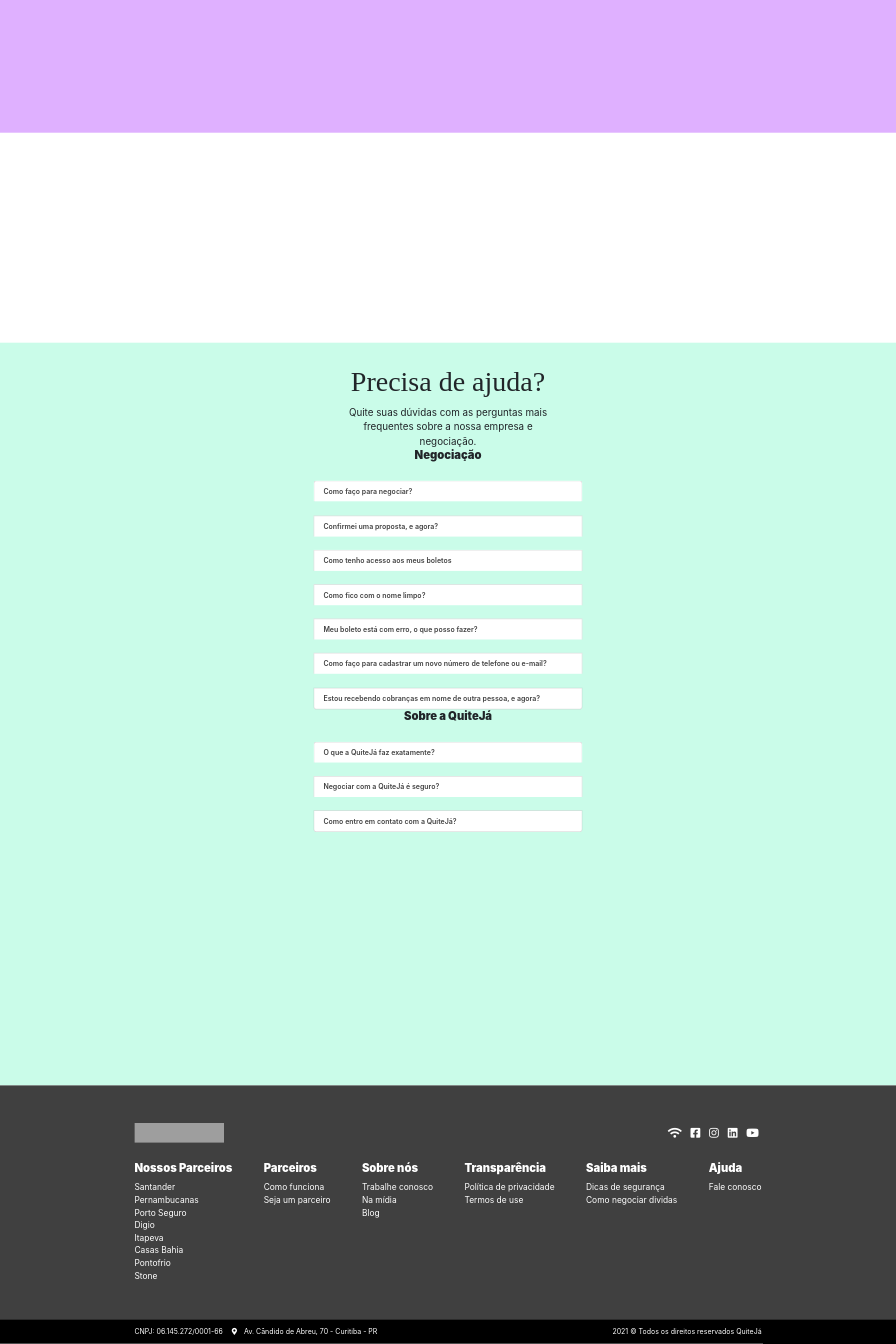
Repository: dasilvaoscar/estudos
Page: Layouts/index.html
The author's editor kept a copy of each file at every save. The page is drawn from the files as they stood at one save, then again after the next save.
The browser window is 1280 px wide. The pictures show the part of the page from y = 3191 to 5111 px (the page is 5111 px tall), at 70% of full size.
Pictures or frames that could not be fetched are drawn as grey boxes. Some web fonts or font styles are not loaded; a fallback is used.

Above is the page before, as saved 2021-01-29 13:00:31.

### Layouts/index.html
<!doctype html>
<html lang="pt-BR">

<head>
    <title>QuiteJá</title>
    <!-- Required meta tags -->
    <meta charset="utf-8">
    <meta name="viewport" content="width=device-width, initial-scale=1, shrink-to-fit=no">
    <meta http-equiv="X-UA-Compatible" content="ie=edge" />
    <link rel="preconnect" href="https://fonts.gstatic.com">
    <link href="https://fonts.googleapis.com/css2?family=Fredoka+One&display=swap" rel="stylesheet">

    <!-- Bootstrap CSS -->
    <link rel="shortcut icon" href="./assets/img/favicon.png" type="image/x-icon">
    <link href="./assets/css/normalize.css" rel="stylesheet" />
    <link href="./assets/css/reset.css" rel="stylesheet" />
    <link rel="stylesheet" href="https://stackpath.bootstrapcdn.com/bootstrap/4.3.1/css/bootstrap.min.css"
        integrity="sha384-ggOyR0iXCbMQv3Xipma34MD+dH/1fQ784/j6cY/iJTQUOhcWr7x9JvoRxT2MZw1T" crossorigin="anonymous">
    <link href="./assets/css/style.css" rel="stylesheet" />
</head>

<body>
    <section class="warning">
        <p class="warning-text">
            <span>Aviso: </span>Não realizamos nenhuma negociação por WhatsApp ou Facebook.
            Negociamos somente aqui no nosso site
            <a class="close-link">
                <i class="fas fa-times"></i>
            </a>
        </p>
    </section>
    <header>
        <figure>
            <img src="./assets/img/logo-quiteja.png" alt="Logo QuiteJá" title="Logo QuiteJá">
        </figure>
        <nav>
            <ul class="nav-bar-links">
                <li>
                    <a href="#">Home</a>
                </li>
                <li>
                    <a href="#">Sobre nós</a>
                </li>
                <li>
                    <a href="#">Parceiros
                        <i class="fas fa-angle-down menu-icons"></i>
                    </a>
                </li>
                <li>
                    <a href="#">Blog</a>
                </li>
                <li>
                    <a href="#">Saiba Mais
                        <i class="fas fa-angle-down menu-icons"></i>
                    </a>
                </li>
                <li>
                    <a href="#">Ajuda</a>
                </li>
                <li>
                    <a class="btn btn-primary btn-billet" href="#" role="button">Meus boletos</a>
                </li>
                <li>
                    <a href=""><i class="fa fa-search" aria-hidden="true"></i></a>
                </li>
            </ul>
        </nav>
    </header>
    <article>
        <section class="negotiate-your-debts"></section>
        <section class="clean-your-name"></section>
        <section class="partners"></section>
        <section class="how-we-do-it-differently"></section>
        <section class="help-a-millions"></section>
        <section class="our-clients"></section>
        <section class="help">
            <div class="help-content">
                <h1>Precisa de ajuda?</h1>
                <p>
                    Quite suas dúvidas com as perguntas mais
                    frequentes sobre a nossa empresa e negociação.
                </p>
            </div>
            <h6>Negociação</h6>
            <div class="accordion" id="accordionExample">
                <div class="card card-help">
                    <div id="headingOne">
                        <h2 class="mb-0">
                            <button class="btn btn-link btn-block text-left btn-help" type="button"
                                data-toggle="collapse" data-target="#collapseOne" aria-expanded="false"
                                aria-controls="collapseOne">
                                Como faço para negociar?
                            </button>
                        </h2>
                    </div>

                    <div id="collapseOne" class="collapse" aria-labelledby="headingOne" data-parent="#accordionExample">
                        <div class="card-body">
                            Some placeholder content for the first accordion panel. This panel is shown by default,
                            thanks to the <code>.show</code> class.
                        </div>
                    </div>
                </div>
                <div class="card card-help">
                    <div id="headingTwo">
                        <h2 class="mb-0">
                            <button class="btn btn-link btn-block text-left collapsed btn-help" type="button"
                                data-toggle="collapse" data-target="#collapseTwo" aria-expanded="false"
                                aria-controls="collapseTwo">
                                Confirmei uma proposta, e agora?
                            </button>
                        </h2>
                    </div>
                    <div id="collapseTwo" class="collapse" aria-labelledby="headingTwo" data-parent="#accordionExample">
                        <div class="card-body">

                        </div>
                    </div>
                </div>
                <div class="card card-help">
                    <div id="headingThree">
                        <h2 class="mb-0">
                            <button class="btn btn-link btn-block text-left collapsed btn-help" type="button"
                                data-toggle="collapse" data-target="#collapseThree" aria-expanded="false"
                                aria-controls="collapseThree">
                                Como tenho acesso aos meus boletos
                            </button>
                        </h2>
                    </div>
                    <div id="collapseThree" class="collapse" aria-labelledby="headingThree"
                        data-parent="#accordionExample">
                        <div class="card-body">
                            And lastly, the placeholder content for the third and final accordion panel. This panel
                            is hidden by default.
                        </div>
                    </div>
                </div>
                <div class="card card-help">
                    <div id="headingFour">
                        <h2 class="mb-0">
                            <button class="btn btn-link btn-block text-left collapsed btn-help" type="button"
                                data-toggle="collapse" data-target="#collapseFour" aria-expanded="false"
                                aria-controls="collapseFour">
                                Como fico com o nome limpo?
                            </button>
                        </h2>
                    </div>
                    <div id="collapseFour" class="collapse" aria-labelledby="headingFour"
                        data-parent="#accordionExample">
                        <div class="card-body">
                            And lastly, the placeholder content for the third and final accordion panel. This panel
                            is hidden by default.
                        </div>
                    </div>
                </div>
                <div class="card card-help">
                    <div id="headingFive">
                        <h2 class="mb-0">
                            <button class="btn btn-link btn-block text-left collapsed btn-help" type="button"
                                data-toggle="collapse" data-target="#collapseFive" aria-expanded="false"
                                aria-controls="collapseFive">
                                Meu boleto está com erro, o que posso fazer?
                            </button>
                        </h2>
                    </div>
                    <div id="collapseFive" class="collapse" aria-labelledby="headingFive"
                        data-parent="#accordionExample">
                        <div class="card-body">
                            And lastly, the placeholder content for the third and final accordion panel. This panel
                            is hidden by default.
                        </div>
                    </div>
                </div>
                <div class="card card-help">
                    <div id="headingSix">
                        <h2 class="mb-0">
                            <button class="btn btn-link btn-block text-left collapsed btn-help" type="button"
                                data-toggle="collapse" data-target="#collapseSix" aria-expanded="false"
                                aria-controls="collapseSix">
                                Como faço para cadastrar um novo número de telefone ou e-mail?
                            </button>
                        </h2>
                    </div>
                    <div id="collapseSix" class="collapse" aria-labelledby="headingSix" data-parent="#accordionExample">
                        <div class="card-body">
                            And lastly, the placeholder content for the third and final accordion panel. This panel
                            is hidden by default.
                        </div>
                    </div>
                </div>
                <div class="card card-help">
                    <div id="headingSeven">
                        <h2 class="mb-0">
                            <button class="btn btn-link btn-block text-left collapsed btn-help" type="button"
                                data-toggle="collapse" data-target="#collapseSeven" aria-expanded="false"
                                aria-controls="collapseSeven">
                                Estou recebendo cobranças em nome de outra pessoa, e agora?
                            </button>
                        </h2>
                    </div>
                    <div id="collapseSeven" class="collapse" aria-labelledby="headingSeven"
                        data-parent="#accordionExample">
                        <div class="card-body">
                            And lastly, the placeholder content for the third and final accordion panel. This panel
                            is hidden by default.
                        </div>
                    </div>
                </div>
            </div>

            <h6>Sobre a QuiteJá</h6>
            <div class="accordion" id="accordionExample">
                <div class="card card-help">
                    <div id="headingEight">
                        <h2 class="mb-0">
                            <button class="btn btn-link btn-block text-left btn-help" type="button"
                                data-toggle="collapse" data-target="#collapseEight" aria-expanded="false"
                                aria-controls="collapseEight">
                                O que a QuiteJá faz exatamente?
                            </button>
                        </h2>
                    </div>

                    <div id="collapseEight" class="collapse" aria-labelledby="headingEight"
                        data-parent="#accordionExample">
                        <div class="card-body">
                            Some placeholder content for the first accordion panel. This panel is shown by default,
                            thanks to the <code>.show</code> class.
                        </div>
                    </div>
                </div>
                <div class="card card-help">
                    <div id="headingNine">
                        <h2 class="mb-0">
                            <button class="btn btn-link btn-block text-left collapsed btn-help" type="button"
                                data-toggle="collapse" data-target="#collapseNine" aria-expanded="false"
                                aria-controls="collapseNine">
                                Negociar com a QuiteJá é seguro?
                            </button>
                        </h2>
                    </div>
                    <div id="collapseNine" class="collapse" aria-labelledby="headingNine"
                        data-parent="#accordionExample">
                        <div class="card-body">
                            Some placeholder content for the second accordion panel. This panel is hidden by
                            default.
                        </div>
                    </div>
                </div>
                <div class="card card-help">
                    <div id="headingTen">
                        <h2 class="mb-0">
                            <button class="btn btn-link btn-block text-left collapsed btn-help" type="button"
                                data-toggle="collapse" data-target="#collapseTen" aria-expanded="false"
                                aria-controls="collapseTen">
                                Como entro em contato com a QuiteJá?
                            </button>
                        </h2>
                    </div>
                    <div id="collapseTen" class="collapse" aria-labelledby="headingTen" data-parent="#accordionExample">
                        <div class="card-body">
                            And lastly, the placeholder content for the third and final accordion panel. This panel
                            is hidden by default.
                        </div>
                    </div>
                </div>
            </div>
        </section>
    </article>
    <footer>
        <div class="big-footer">
            <div class="big-footer-content">
                <section class="social">
                    <figure class="logo-footer">
                        <img src="./assets/img/footer-logo.png" alt="">
                    </figure>
                    <div class="social-icons">
                        <i class="fas fa-wifi" aria-hidden="true"></i>
                        <i class="fab fa-facebook-square" aria-hidden="true"></i>
                        <i class="fab fa-instagram" aria-hidden="true"></i>
                        <i class="fab fa-linkedin" aria-hidden="true"></i>
                        <i class="fab fa-youtube" aria-hidden="true"></i>
                    </div>
                </section>
                <section class="footer-links">
                    <div class="footer-links-subtitle">
                        <h6>Nossos Parceiros</h6>
                        <a href="#">Santander</a>
                        <a href="#">Pernambucanas</a>
                        <a href="#">Porto Seguro</a>
                        <a href="#">Digio</a>
                        <a href="#">Itapeva</a>
                        <a href="#">Casas Bahia</a>
                        <a href="#">Pontofrio</a>
                        <a href="#">Stone</a>
                    </div>
                    <div class="footer-links-subtitle">
                        <h6>Parceiros</h6>
                        <a href="#">Como funciona</a>
                        <a href="#">Seja um parceiro</a>
                    </div>
                    <div class="footer-links-subtitle">
                        <h6>Sobre nós</h6>
                        <a href="#">Trabalhe conosco</a>
                        <a href="#">Na mídia</a>
                        <a href="#">Blog</a>
                    </div>
                    <div class="footer-links-subtitle">
                        <h6>Transparência</h6>
                        <a href="#">Política de privacidade</a>
                        <a href="#">Termos de use</a>
                    </div>
                    <div class="footer-links-subtitle">
                        <h6>Saiba mais</h6>
                        <a href="#">Dicas de segurança</a>
                        <a href="#">Como negociar dividas</a>
                    </div>
                    <div class="footer-links-subtitle">
                        <h6>Ajuda</h6>
                        <a href="#">Fale conosco</a>
                    </div>
                </section>
            </div>
        </div>
        <div class="little-footer">
            <div class="little-footer-content">
                <section class="information">
                    <p>CNPJ: 06.145.272/0001-66
                        <i class="fas fa-map-marker-alt footer-icons"></i>Av. Cândido de Abreu, 70 - Curitiba - PR
                    </p>
                </section>
                <section class="copyrights">
                    <p>2021 &copy Todos os direitos reservados QuiteJá</p>
                </section>
            </div>
        </div>
    </footer>

    <!-- Optional JavaScript -->
    <!-- jQuery first, then Popper.js, then Bootstrap JS -->
    <link rel="stylesheet" href="https://cdnjs.cloudflare.com/ajax/libs/font-awesome/5.15.2/css/all.min.css"
        integrity="sha512-HK5fgLBL+xu6dm/Ii3z4xhlSUyZgTT9tuc/hSrtw6uzJOvgRr2a9jyxxT1ely+B+xFAmJKVSTbpM/CuL7qxO8w=="
        crossorigin="anonymous" />
    <script src="https://code.jquery.com/jquery-3.3.1.slim.min.js"
        integrity="sha384-q8i/X+965DzO0rT7abK41JStQIAqVgRVzpbzo5smXKp4YfRvH+8abtTE1Pi6jizo" crossorigin="anonymous">
    </script>
    <script src="https://cdnjs.cloudflare.com/ajax/libs/popper.js/1.14.7/umd/popper.min.js"
        integrity="sha384-UO2eT0CpHqdSJQ6hJty5KVphtPhzWj9WO1clHTMGa3JDZwrnQq4sF86dIHNDz0W1" crossorigin="anonymous">
    </script>
    <script src="https://stackpath.bootstrapcdn.com/bootstrap/4.3.1/js/bootstrap.min.js"
        integrity="sha384-JjSmVgyd0p3pXB1rRibZUAYoIIy6OrQ6VrjIEaFf/nJGzIxFDsf4x0xIM+B07jRM" crossorigin="anonymous">
    </script>
</body>

</html>

### Layouts/assets/css/style.css
/* RESET BOOTSTRAP */
p {
  display: block;
  margin-block-start: 0em;
  margin-block-end: 0em;
  margin-inline-start: 0px;
  margin-inline-end: 0px;
}

a {
  color: black;
}

li {
  list-style-type: none
}

figure {
  display: block;
  margin-block-start: 0em;
  margin-block-end: 0em;
  margin-inline-start: 0px;
  margin-inline-end: 0px;
}

ul {
  margin-block-start: 0em;
  margin-block-end: 0em;
  margin-inline-start: 0px;
  margin-inline-end: 0px;
  padding-inline-start: 0px;
}

/* New Style */

header {
  display: flex;
  align-items: center;
  justify-content: space-around;
  height: 81px;
}

header img {
  width: 154px;
  height: 70px;
}

section.warning {
  display: flex;
  justify-content: space-around;
  align-items: center;
  background-color: #00E58D;
  width: 100%;
  height: 40px;
}

p.warning-text span {
  font-size: 12px;
  font-style: normal;
  font-weight: 700;
  line-height: 15px;
  letter-spacing: 0em;
  text-align: center;
}

p.warning-text {
  font-size: 12px;
  font-style: normal;
  font-weight: 500;
  line-height: 15px;
  letter-spacing: 0em;
  text-align: center;
}

ul.nav-bar-links {
  display: flex;
  justify-content: space-between;
  align-items: center;
  font-style: normal;
  font-size: 14px;
}

ul.nav-bar-links li a {
  text-decoration: none !important;
  margin-left: 25px;
  color: black;
}

a.close-link {
  margin-left: 10px;
  cursor: pointer;
}

ul.nav-bar-links li:last-child {
  margin-left: 30px;
}

.menu-icons {
  margin-left: 5px;
}

.footer-icons {
  margin: auto 10px auto 10px;
}


.btn-billet {
  width: 100%;
  background: #A9E4EB;
  border: none;
  font-size: 14px;
  font-weight: 800;
  padding: 13px;
  border-radius: 10px;
  box-shadow: 0px 1px 2px rgba(0, 0, 0, 0.25);
}

.negotiate-your-debts {
  background-color: #CAFCE9;
  height: 700px;
}

.clean-your-name {
  height: 300px;
}

.partners {
  background-color: #F5F5F5;
  height: 658px;
}

.how-we-do-it-differently {
  background-color: #CAFCE9;
  height: 911px;
}

.help-a-millions {
  background-color: #DFB0FF;
  height: 691px;
}

.our-clients {
  height: 300px;
}

.social {
  display: flex;
  align-items: center;
  justify-content: space-between;
  width: 100%;
  margin-bottom: 3%;
}

.social-icons {
  letter-spacing: 4px;
}

.big-footer {
  background-color: #404040;
  height: 334px;
  color: white;
  display: flex;
  align-items: center;
  justify-content: space-around;
  flex-direction: column;
}

.little-footer {
  background-color: #000000;
  height: 35px;
  display: flex;
  align-items: center;
  color: white;
  justify-content: center;
  font-size: 10px;
}

.logo-footer img {
  width: 128px;
  height: 29px;
}

.footer-links {
  display: flex;
  width: 100%;
  display: flex;
  justify-content: space-between;
}

.footer-links-subtitle {
  display: flex;
  flex-direction: column;
}

.footer-links-subtitle a {
  color: white;
  text-decoration: none;
  font-size: 12px;
}

.footer-links-subtitle a:hover {
  color: rgb(12, 118, 179);
  text-decoration: none;
  font-size: 12px;
}

.footer-links-subtitle h6 {
  font-weight: 900;
}

.big-footer-content {
  width: 70%;
}

.little-footer-content {
  width: 70%;
  display: flex;
  justify-content: space-between;
  align-items: center;
}

.help {
  background-color: #CAFCE9;
  height: 1061px;
  display: flex;
  flex-direction: column;
  align-items: center;
  text-align: center;
}

.help-content {
  width: 25%;
  flex-wrap: wrap;
}

.help-content p {
  font-size: 14px;
}

.help h1 {
  font-size: 40px;
  margin-top: 10%;
  font-family: 'Fredoka One', cursive;
}

.help h6 {
  font-weight: 900;
  margin: 20px auto px auto;
}

.accordion {
  width: 30%;
}

.card-help {
  margin-top: 5%;
}

.btn-help {
  color: #404040;
  font-weight: 600;
  font-size: 10px;
}

.btn-help:hover {
  text-decoration: none;
}

Loaded but not shown: Layouts/assets/css/normalize.css (library); Layouts/assets/css/reset.css (common file)

After the next save:
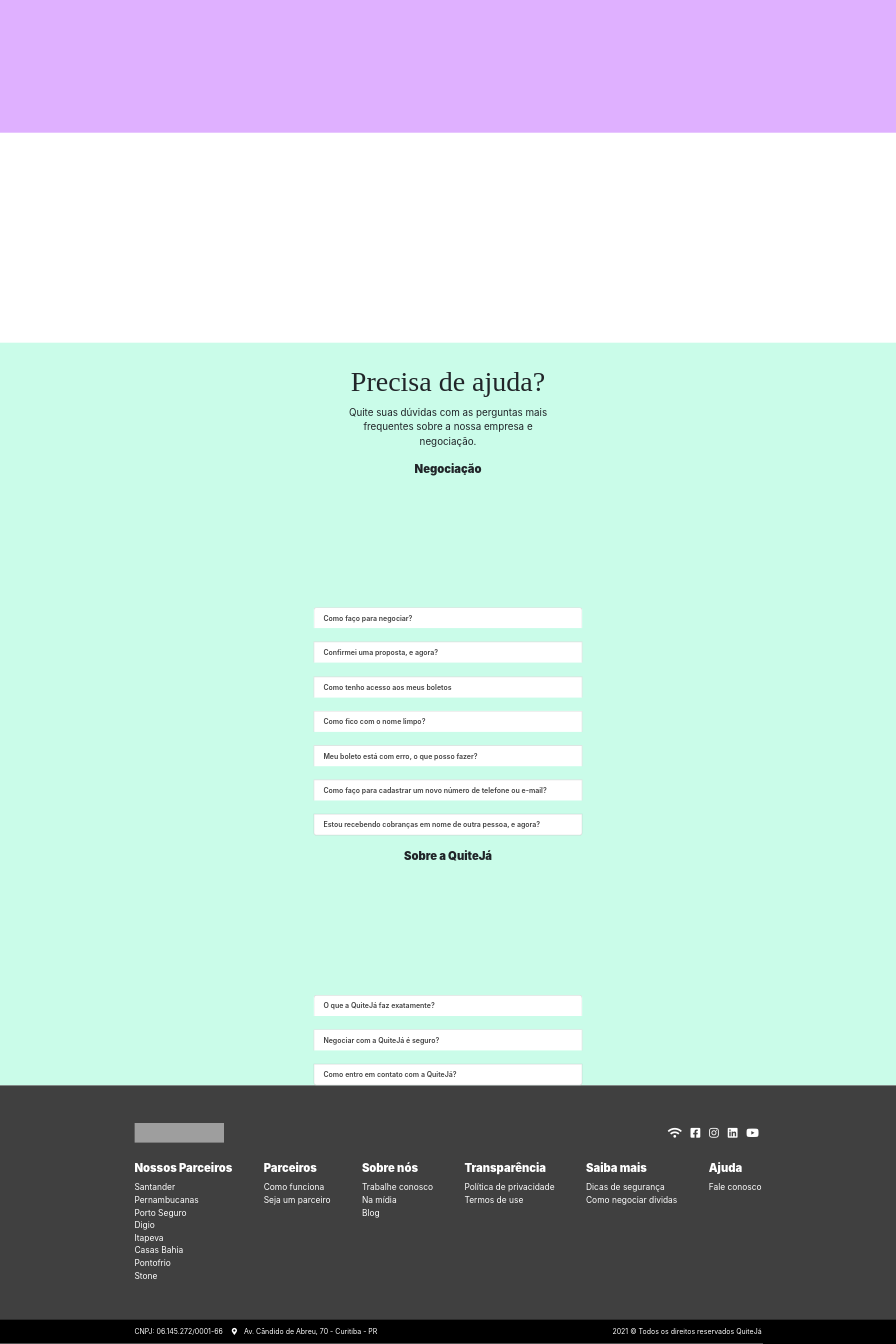
Saved 4 s later.
--- a/Layouts/assets/css/style.css
+++ b/Layouts/assets/css/style.css
@@ -245,7 +245,7 @@ ul.nav-bar-links li:last-child {
 
 .help h6 {
   font-weight: 900;
-  margin: 20px auto px auto;
+  margin: 20px auto auto auto;
 }
 
 .accordion {
